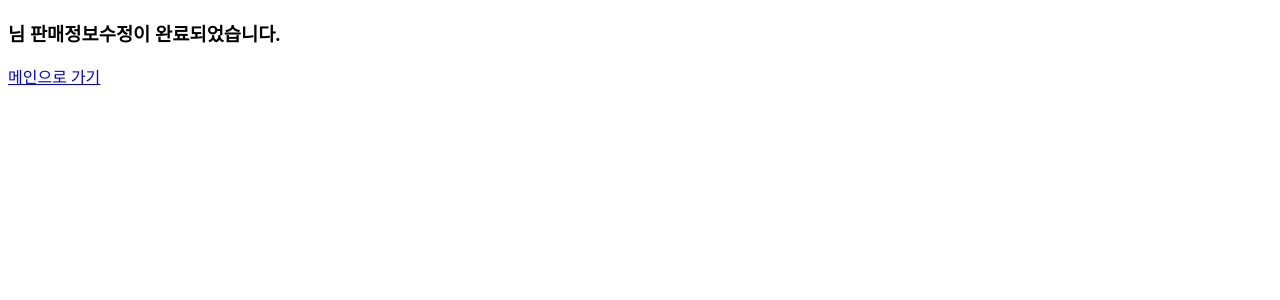
Repository: IlYoungHwang/web-project
Page: http://localhost/WebProejct/result/sale_updateOutput.jsp
These files come from the project's save history. The page is drawn as it stood at one moment and after the next save; the edit follows.
The browser window is 1280 px wide. The pictures show the whole page.
The page is served by Tomcat 9. Other server files are loaded and not shown.

Above is the page before, as saved 2017-12-14 16:55:52.

### Servlet웹프로젝트/team5_project/WebProejct/WebContent/result/sale_updateOutput.jsp
<%@ page language="java" contentType="text/html; charset=UTF-8"
    pageEncoding="UTF-8"%>
<!DOCTYPE html PUBLIC "-//W3C//DTD HTML 4.01 Transitional//EN" "http://www.w3.org/TR/html4/loose.dtd">
<html>
<head>
<meta http-equiv="Content-Type" content="text/html; charset=UTF-8">
<title>Insert title here</title>
</head>
<body>
	<h3>${member.name} 님 판매정보수정이 완료되었습니다.</h3>
	<%@ include file="indexGo.jsp" %>
</body>
</html>

### Servlet웹프로젝트/team5_project/WebProejct/WebContent/result/indexGo.jsp
<%@ page language="java" contentType="text/html; charset=UTF-8"
    pageEncoding="UTF-8"%>

    <a href="/WebProejct/index.jsp">메인으로 가기</a>

After the next save:
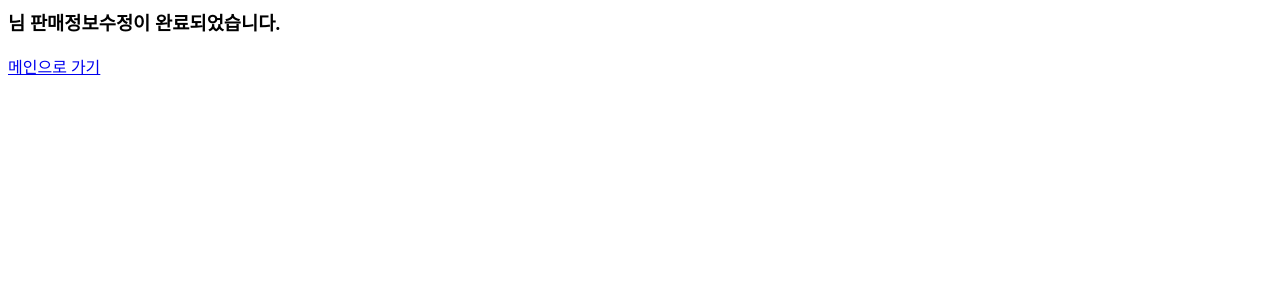
Saved 10 s later.
--- a/Servlet웹프로젝트/team5_project/WebProejct/WebContent/result/sale_updateOutput.jsp
+++ b/Servlet웹프로젝트/team5_project/WebProejct/WebContent/result/sale_updateOutput.jsp
@@ -1,6 +1,5 @@
 <%@ page language="java" contentType="text/html; charset=UTF-8"
     pageEncoding="UTF-8"%>
-<!DOCTYPE html PUBLIC "-//W3C//DTD HTML 4.01 Transitional//EN" "http://www.w3.org/TR/html4/loose.dtd">
 <html>
 <head>
 <meta http-equiv="Content-Type" content="text/html; charset=UTF-8">
